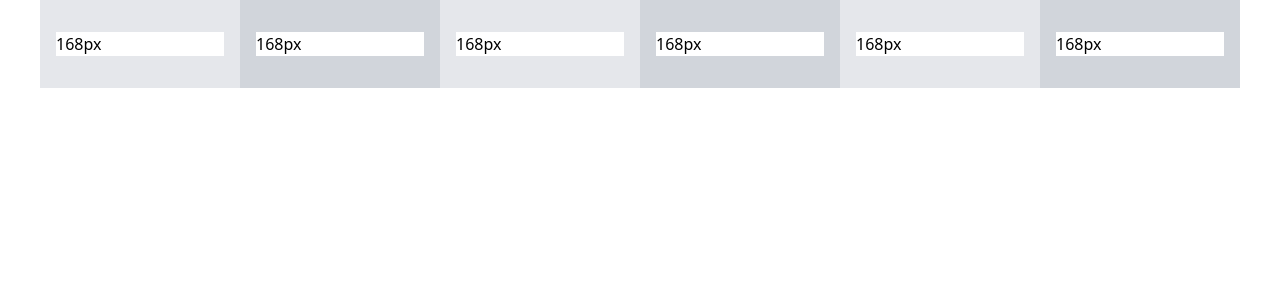
Repository: fabianwurk/vue-tailwind
Page: /
These files come from the project's save history. The page is drawn as it stood at one moment and after the next save; the edit follows.
The browser window is 1280 px wide. The pictures show the whole page.
The project was rebuilt for these pictures with package versions that can differ from the ones it lists, and the page was loaded fresh each time. Also part of the build but not shown: vite.config.js.

Above is the page before, as saved 2021-03-15 23:06:17.

### src/App.vue
<template>
  <Tail />
  <Wind />
</template>

<script setup>
import Tail from './components/Tail.vue';
// import Wind from './components/Wind.vue';

</script>

### src/components/Tail.vue
<template>
  <div class="container mx-auto">
    <div class="flex items-center">
      <div class="w-1/6 bg-gray-200 py-8 px-4">
        <span class="bg-white w-full block">168px</span>
      </div>
      <div class="w-1/6 bg-gray-300 py-8 px-4">
        <span class="bg-white w-full block">168px</span>
      </div>
      <div class="w-1/6 bg-gray-200 py-8 px-4">
        <span class="bg-white w-full block">168px</span>
      </div>
      <div class="w-1/6 bg-gray-300 py-8 px-4">
        <span class="bg-white w-full block">168px</span>
      </div>
      <div class="w-1/6 bg-gray-200 py-8 px-4">
        <span class="bg-white w-full block">168px</span>
      </div>
      <div class="w-1/6 bg-gray-300 py-8 px-4">
        <span class="bg-white w-full block">168px</span>
      </div>
    </div>
  </div>
</template>

### tailwind.config.js
module.exports = {
  purge: ['./index.html', './src/**/*.{vue,js,ts,jsx,tsx}'],
  darkMode: false, // or 'media' or 'class'
  theme: {
    extend: {
      screens: {
        'xl': {'min': '1200px', 'max': '1280px'},
        '2xl': {'max': '1280px'},
      },
    },
  },
  variants: {
    extend: {},
  },
  plugins: [],
}

Loaded but not shown: index.html (common file); src/main.js (common file); src/index.css (common file)

After the next save:
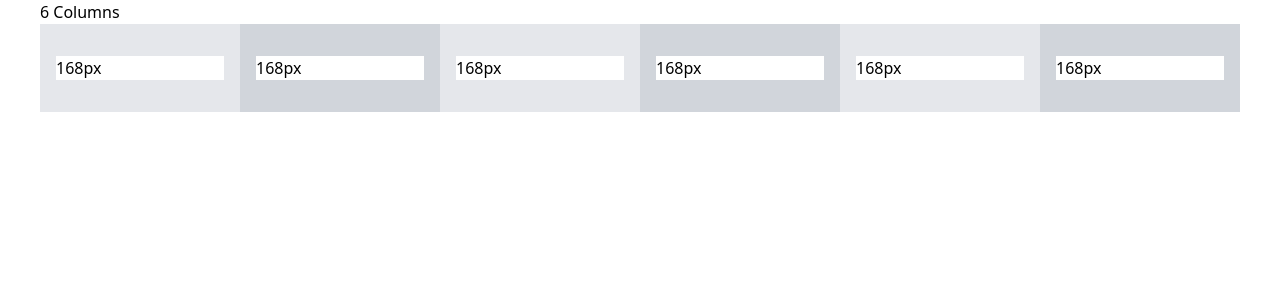
Saved 2 min 25 s later.
--- a/src/components/Tail.vue
+++ b/src/components/Tail.vue
@@ -1,5 +1,8 @@
 <template>
+  <div>
+
   <div class="container mx-auto">
+    <h2>6 Columns</h2>
     <div class="flex items-center">
       <div class="w-1/6 bg-gray-200 py-8 px-4">
         <span class="bg-white w-full block">168px</span>
@@ -21,4 +24,6 @@
       </div>
     </div>
   </div>
+
+  </div>
 </template>
